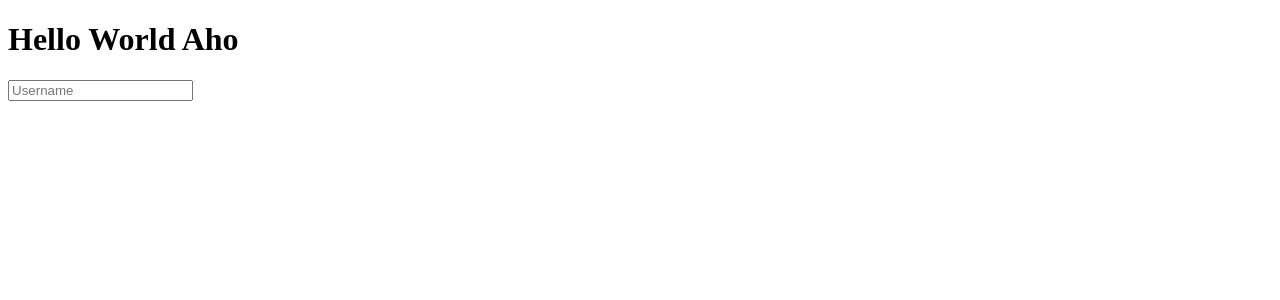
Repository: haosenli/smart-shop
Page: / (app in smart-shop-app/)
An editor plug-in stored every save of this project. The page is shown before and after the next save, followed by the edit.
The browser window is 1280 px wide. The pictures show the whole page.
The project was rebuilt for these pictures with package versions that can differ from the ones it lists, and the page was loaded fresh each time. Also part of the build but not shown: smart-shop-app/vite.config.ts.

Above is the page before, as saved 2023-05-03 12:47:02.

After the next save:
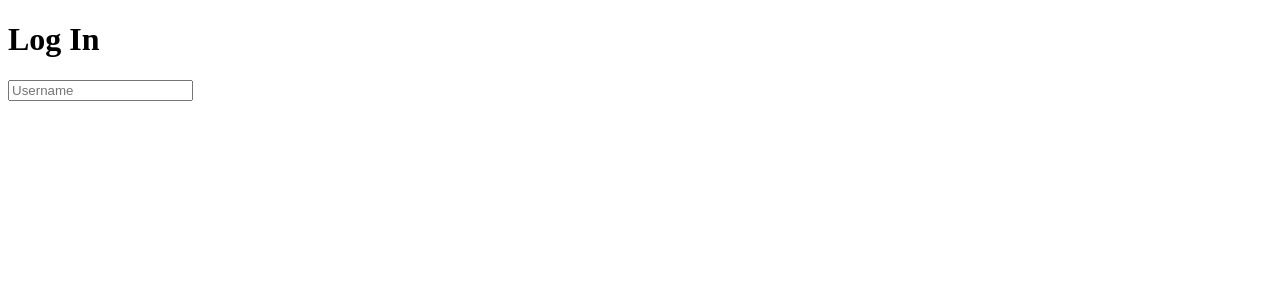
Saved 21 s later.
--- a/smart-shop-app/src/pages/LogIn.tsx
+++ b/smart-shop-app/src/pages/LogIn.tsx
@@ -2,10 +2,9 @@
 import SubmitFormButton from "../components/SubmitFormButton";
 
 function LogIn() {
-    const name = "Aho";
     return (
         <>
-            <h1>Hello World {name}</h1>
+            <h1>Log In</h1>
             <TextInput placeholderText="Username" textInputId="username" />
         </>
     );
